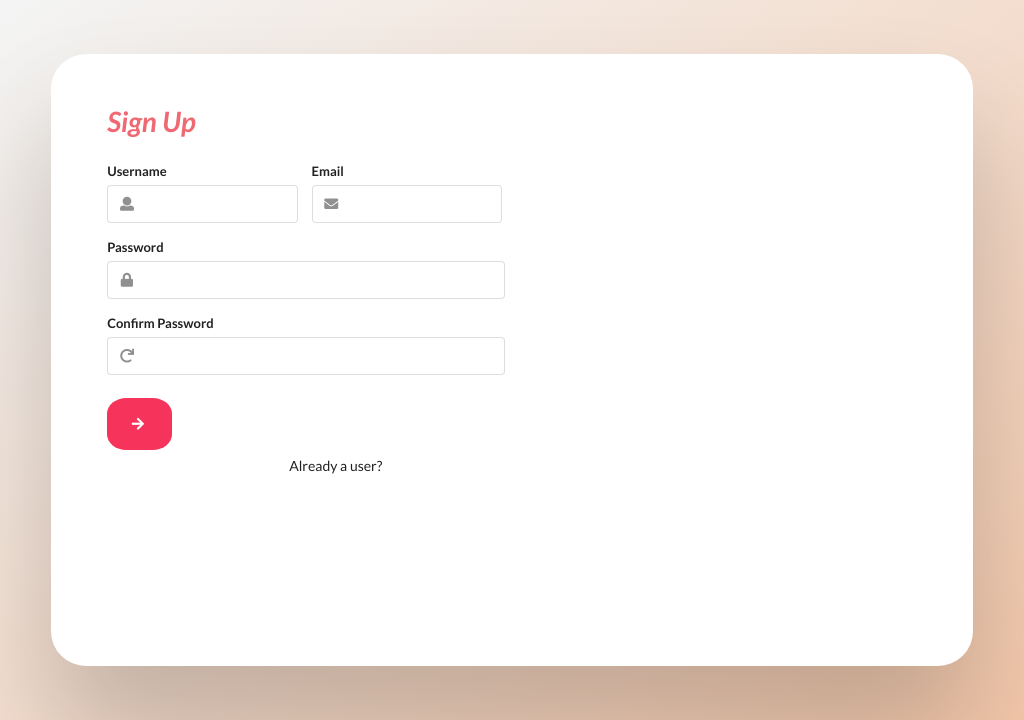
Repository: ajayaj2001/healthcare-digitization
Page: /register
An editor plug-in stored every save of this project. The page is shown before and after the next save, followed by the edit.
The browser window is 1024 px wide. The pictures show the whole page.
The project was rebuilt for these pictures with package versions that can differ from the ones it lists, and the page was loaded fresh each time. Also part of the build but not shown: src/component/userType/UserType.scss, src/component/userType/UserType.js, src/component/login/Login.scss, src/component/login/loginForm/LoginForm.scss, src/component/login/loginForm/LoginForm.js, src/component/login/Login.js.

Above is the page before, as saved 2021-03-12 22:22:54.

### public/index.html
<!DOCTYPE html>
<html lang="en">

<head>
  <meta charset="utf-8" />
  <meta name="viewport" content="width=device-width, initial-scale=1" />
  <meta name="theme-color" content="#000000" />
  <meta name="description" content="Web site created using create-react-app" />
  <link rel="stylesheet" href="https://fonts.googleapis.com/css?family=Roboto:300,400,500,700&display=swap" />
  <link rel="stylesheet" href="https://fonts.googleapis.com/icon?family=Material+Icons" />

  <!--
      manifest.json provides metadata used when your web app is installed on a
      user's mobile device or desktop. See https://developers.google.com/web/fundamentals/web-app-manifest/
    -->
  <!-- <link rel="manifest" href="%PUBLIC_URL%/manifest.json" /> -->
  <!--
      Notice the use of %PUBLIC_URL% in the tags above.
      It will be replaced with the URL of the `public` folder during the build.
      Only files inside the `public` folder can be referenced from the HTML.

      Unlike "/favicon.ico" or "favicon.ico", "%PUBLIC_URL%/favicon.ico" will
      work correctly both with client-side routing and a non-root public URL.
      Learn how to configure a non-root public URL by running `npm run build`.
    -->
  <title>medical</title>
</head>

<body>
  <noscript>You need to enable JavaScript to run this app.</noscript>
  <div id="root"></div>
  <!--
      This HTML file is a template.
      If you open it directly in the browser, you will see an empty page.

      You can add webfonts, meta tags, or analytics to this file.
      The build step will place the bundled scripts into the <body> tag.

      To begin the development, run `npm start` or `yarn start`.
      To create a production bundle, use `npm run build` or `yarn build`.
    -->
</body>

</html>

### src/index.js
import React from 'react';
import ReactDOM from 'react-dom';
import './index.scss';
import App from './component/app/App';
import 'semantic-ui-css/semantic.min.css'


ReactDOM.render(
  // <React.StrictMode>
    <App />
  // </React.StrictMode>
  ,
  document.getElementById('root')
);

### src/index.scss
code {
  font-family: source-code-pro, Menlo, Monaco, Consolas, "Courier New", monospace;
}
@mixin respond($breakpoint) {
  @if $breakpoint == phone {
    @media (max-width: 37.5em) {
      @content;
    }
  }

  @if $breakpoint == tab-land {
    @media (max-width: 75em) {
      @content;
    }
  }
  @if $breakpoint == tab-port {
    @media (max-width: 56.25em) {
      @content;
    }
  }
  @if $breakpoint == big-desktop {
    @media (min-width: 112.5em) {
      @content;
    }
  }
}

*,
*::after,
*::before {
  margin: 0;
  padding: 0;
  box-sizing: inherit;
}
body {
  font-family: "Lato", sans-serif;
  font-weight: 400;
  font-size: 16px;
  line-height: 1.7;
  color: #777;
  //padding: 30px;
  box-sizing: border-box;
  @include respond(tab-port) {
    padding: 0;
  }
}

html {
  font-size: 62.5%; //1rem=10px 10px/16px=62.5%
  @include respond(tab-land) {
    //width <1200
    font-size: 56.25%; //1rem=9px
  }
  @include respond(tab-port) {
    //<width <900
    font-size: 50%; //1rem=8px
  }
  // @include respond(phone) {
  //     //<width<600
  //     font-size: 40%; //1rem=4.8px
  // }
  @include respond(big-desktop) {
    //>1200
    font-size: 75%; //1rem=12
  }
}

### src/component/app/App.js
import './App.scss';

import UserType from "../userType/UserType";
import Login from '../login/Login';
import Register from '../register/Register';

function App() {
  return (
    <div className="App">
      {/* <UserType /> */}
      {/* <Login/> */}
      <Register/>
    </div>
  );
}

export default App;

### src/component/register/Register.js
import React from 'react'

import './Register.scss'
import sideImage from '../../img/img-2.jpg'
import RegisterForm from './registerForm/RegisterForm'

const Register = () => {
    return (
        <div className="container">
            <div className="register">
                <div className="register__signup">
                    <div className="register__signup--form"><RegisterForm /></div>
                </div>

                <img src={sideImage} alt="rocket" className="register__image" />
            </div>
        </div>
    )
}

export default Register

### src/component/register/Register.scss
.container {
    margin: 0;
    background-image: linear-gradient(to right bottom, #f3f4f4, #f1bd9ad8);
    height: 100vh;
    display: flex;
    justify-content: center;
    align-items: center;
}

.register {
    background-color: white;
    width: 90%;
    height: 85%;
    display: grid;
    grid-template-columns: 60% 40%;
    border-radius: 2.5rem;
    overflow: hidden;
    box-shadow: 0 5rem 8rem rgba(black, 0.2);
    &__signup {
        display: flex;
        flex-direction: column;

        &--form {
            height: 70%;
        }
    }

    &__image {
        width: 100%;
        height: 100%;
    }
    @media (max-width: 65em) {
        &__image {
            display: none;
        }
      }
}

### src/component/register/registerForm/RegisterForm.js
import React, { useState } from 'react'
import { Form, Icon, Message } from 'semantic-ui-react'
// import { Link } from 'react-router-dom';
// import firebase from '../../../../firebase';
import './RegisterForm.scss'
const RegisterForm = () => {

    const [errors, seterrors] = useState("")
    const [username, setUsername] = useState("");
    const [email, setEmail] = useState("");
    const [password, setPassword] = useState("");
    const [confirmPassword, setConfirmPassword] = useState("");
    const [loading, setLoading] = useState(false);
    // const [usersRef] = useState(firebase.database().ref('users'));




    const isFormValid = () => {
        if (!username || !email || !password || !confirmPassword) {
            seterrors("Fill all the fields");
            return false;
        }
        else if (password.length < 6 || confirmPassword.length < 6) {
            if (password !== confirmPassword) {
                seterrors("Password dont match")
                return false;
            }
            else {
                seterrors("Password atleast have 6 character")
                return false;
            }
        }
        else {
            return true;
        }
    }


    const formSubmit = (event) => {
        event.preventDefault();
        if (isFormValid()) {
            setLoading(true)
            // firebase
            //     .auth()
            //     .createUserWithEmailAndPassword(email, password)
            //     .then(createdUser => {
            //         seterrors("");
            //         createdUser.user.updateProfile({
            //             displayName: username,
            //             photoURL: `http://gravatar.com/avatar/${md5(createdUser.user.email)}?d=identicon`
            //         })
            //             .then(() => {
            //                 usersRef.child(createdUser.user.uid).set({
            //                     name: createdUser.user.displayName,
            //                     avatar: createdUser.user.photoURL
            //                 });
            //                 setLoading(false);
            //             })
            //             .catch((err) => {
            //                 console.log(err);
            //                 setLoading(false);
            //                 seterrors(err.message);
            //             })
            //     })
            //     .catch(err => {
            //         seterrors(err.message);
            //         setLoading(false);
            //     });
        }
    }


    return (
        <div className="registerform">
            {
                errors ? <Message error className="registerform__error" ><h2>Error  :  {errors}</h2></Message> : ""

            }

            <h4 className="registerform__heading">Sign Up </h4>
            <Form onSubmit={formSubmit}>
                <Form.Group >
                    <Form.Input
                        fluid
                        id='form-subcomponent-shorthand-input-first-name'
                        label='Username'
                        className="registerform__input1"
                        icon="user"
                        iconPosition="left"
                        type="text"
                        onChange={(event) => setUsername(event.target.value)}
                        value={username}
                    />
                    <Form.Input
                        fluid
                        id='form-subcomponent-shorthand-input-last-name'
                        label='Email'
                        icon="mail"
                        iconPosition="left"
                        type="email"
                        onChange={(event) => setEmail(event.target.value)}
                        value={email}

                        className={errors.toLowerCase().includes('email') ? 'error  registerform__input1' : ' registerform__input1'}
                    />
                </Form.Group>
                <Form.Input
                    fluid
                    name="username"
                    icon="lock"
                    iconPosition="left"
                    label="Password"
                    type="password"
                    onChange={(event) => setPassword(event.target.value)}
                    value={password}
                    className={errors.toLowerCase().includes('password') ? 'error registerform__input2' : ' registerform__input2'}
                />
                <Form.Input
                    fluid
                    name="username"
                    icon="repeat"
                    iconPosition="left"
                    label="Confirm Password"
                    type="password"
                    onChange={(event) => setConfirmPassword(event.target.value)}
                    value={confirmPassword}
                    className={errors.toLowerCase().includes('password dont match') ? 'error registerform__input2' : 'registerform__input2'}
                />
                <button type='submit' disabled={loading} className={loading ? 'loading registerform__button' : "registerform__button"} ><Icon name="arrow right" /> </button>
            </Form>
            <div className="registerform__link">Already a user?{/*<Link to="/login">  Login</Link>*/}</div>

        </div>
    )
}

export default RegisterForm

### src/component/register/registerForm/RegisterForm.scss
.registerform {
    margin-top: 3.5rem;
    padding-left: 4rem;
    &__heading {
        padding-bottom: 0.6rem;
        color: #ef6973;
        font-size: 2rem;
        font-weight: 900;
        font-style: italic;
    }
    &__input1 {
        width: 40%;
    }
    &__input2 {
        width: 80%;
    }
    &__button {
        background-color: #f6335b;
        border: none;
        padding: 1.3rem 1.6rem;
        border-radius: 30%;
        color: white;
        margin-top: 0.6rem;
    }
    &__button:focus {
        outline: none;
        background-color: #fd012b;
    }
    &__link {
        padding-top: 0.4rem;
        padding-left: 13rem;
    }
    &__error {
        margin-top: -2rem !important;
        padding: 1.3rem !important;
    }
}

Loaded but not shown: src/component/app/App.scss (no stored copy; drawn as an empty file)

After the next save:
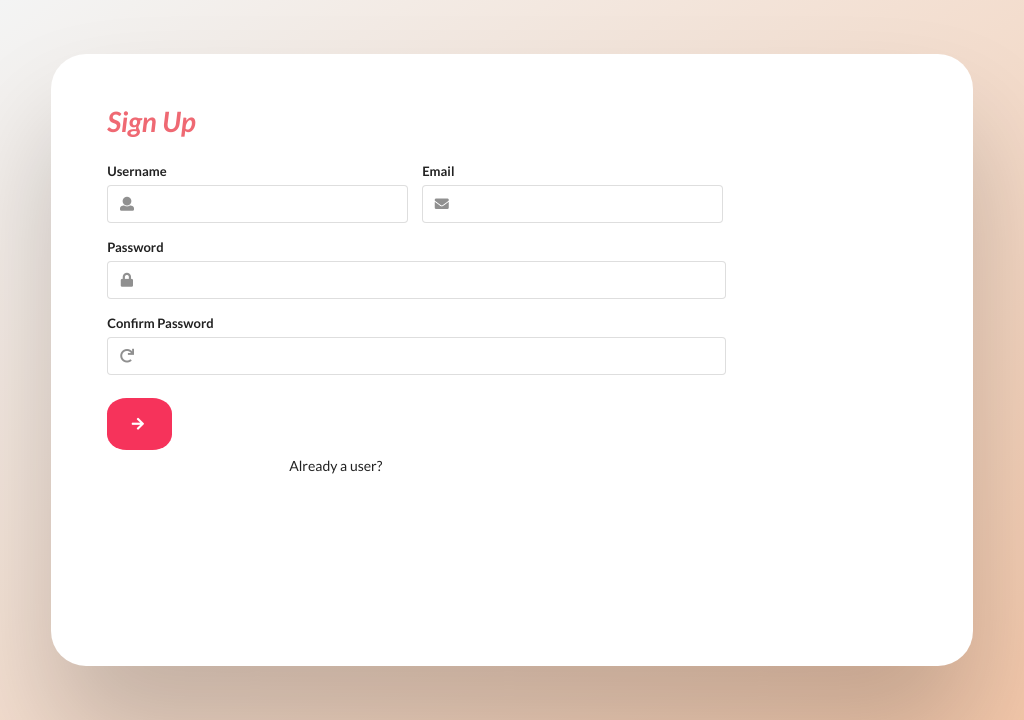
Saved 3 min 5 s later.
--- a/src/component/register/Register.scss
+++ b/src/component/register/Register.scss
@@ -13,6 +13,9 @@
     height: 85%;
     display: grid;
     grid-template-columns: 60% 40%;
+    @media (max-width: 65em) {
+        grid-template-columns: 90%;
+      }
     border-radius: 2.5rem;
     overflow: hidden;
     box-shadow: 0 5rem 8rem rgba(black, 0.2);
